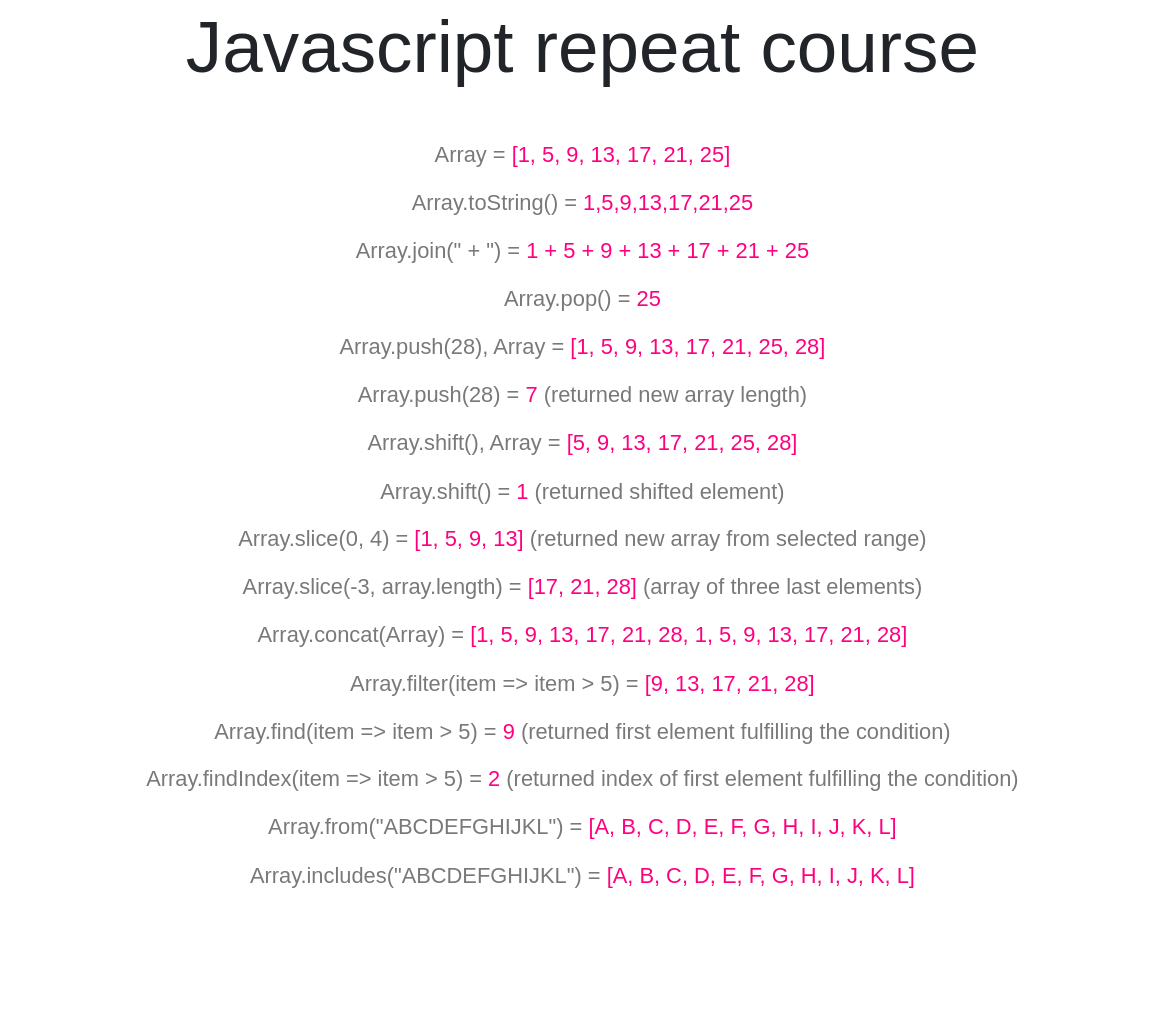
Repository: michalgornicki/javascript
Page: /
The author's editor kept a copy of each file at every save. The page is drawn from the files as they stood at one save, then again after the next save.
The browser window is 1280 px wide. The pictures show the whole page, at 91% of full size.
The project was rebuilt for these pictures with package versions that can differ from the ones it lists, and the page was loaded fresh each time. Also part of the build but not shown: src/index.css.

Above is the page before, as saved 2022-01-31 13:14:48.

### src/App.jsx
import React from "react";
import "./App.css";
import "bootstrap/dist/css/bootstrap.min.css";

function App() {
  const array = [1, 5, 9, 13, 17, 21, 25];

  console.log(array);

  return (
    <div className="text-center">
      <div className="display-1 mt-1 mb-5">Javascript repeat course</div>
      <div className="js-item h4 py-2">
        {" "}
        <span className="">Array = </span>
        <span className="text-pink">[{array.join(", ")}]</span>
      </div>
      <div className="js-item h4 py-2">
        {" "}
        <span className="">Array.toString() =</span> <span className="text-pink">{array.toString()}</span>
      </div>
      <div className="js-item h4 py-2">
        {" "}
        <span className="">Array.join(" + ") =</span> <span className="text-pink">{array.join(" + ")}</span>
      </div>
      <div className="js-item h4 py-2">
        {" "}
        <span className="">Array.pop() =</span> <span className="text-pink">{array.pop()}</span>
      </div>
      <div className="js-item h4 py-2">
        {" "}
        <span className="">Array.push(28), Array =</span> <span className="text-pink">[1, 5, 9, 13, 17, 21, 25, 28]</span>
      </div>
      <div className="js-item h4 py-2">
        {" "}
        <span className="">Array.push(28) =</span> <span className="text-pink"> {array.push(28)}</span> (returned new array length)
      </div>
      <div className="js-item h4 py-2">
        {" "}
        <span className="">Array.shift(), Array =</span> <span className="text-pink"> [5, 9, 13, 17, 21, 25, 28]</span>
      </div>
      <div className="js-item h4 py-2">
        {" "}
        <span className="">Array.shift() =</span> <span className="text-pink">1</span> (returned shifted element)
      </div>
      <div className="js-item h4 py-2">
        {" "}
        <span className="">Array.slice(0, 4) =</span> <span className="text-pink">[{array.slice(0, 4).join(", ")}]</span> (returned new array from selected range)
      </div>
      <div className="js-item h4 py-2">
        {" "}
        <span className="">Array.slice(-3, array.length) =</span> <span className="text-pink">[{array.slice(-3, array.length).join(", ")}]</span> (array of three last elements)
      </div>
      <div className="js-item h4 py-2">
        {" "}
        <span className="">Array.concat(Array) =</span> <span className="text-pink">[{array.concat(array).join(", ")}]</span>
      </div>
      <div className="js-item h4 py-2">
        {" "}
        <span className="">
          Array.filter(item {"=>"} item {">"} 5) =
        </span>{" "}
        <span className="text-pink">[{array.filter((item) => item > 5).join(", ")}]</span>
      </div>
      <div className="js-item h4 py-2">
        {" "}
        <span className="">
          Array.find(item {"=>"} item {">"} 5) =
        </span>
        <span className="text-pink"> {array.find((item) => item > 5)} </span> (returned first element fulfilling the condition)
      </div>
      <div className="js-item h4 py-2">
        {" "}
        <span className="">
          Array.findIndex(item {"=>"} item {">"} 5) =
        </span>
        <span className="text-pink"> {array.findIndex((item) => item > 5)} </span> (returned index of first element fulfilling the condition)
      </div>
      <div className="js-item h4 py-2">
        {" "}
        <span className="">
         Array.from("ABCDEFGHIJKL") =
        </span>
        <span className="text-pink"> [{Array.from("ABCDEFGHIJKL").join(", ")}] </span>
      </div>
      <div className="js-item h4 py-2">
        {" "}
        <span className="">
         Array.includes("ABCDEFGHIJKL") =
        </span>
        <span className="text-pink"> [{Array.from("ABCDEFGHIJKL").join(", ")}] </span>
      </div>


    </div>
  );
}

export default App;

### src/App.css
body{
    font-family: Arial, Helvetica, sans-serif!important;
    overflow-x: hidden;
    padding-bottom: 20vh;
}

.js-item{
    color:rgb(121, 121, 121);
    transition: 0.2s;
}

.js-item:hover{
    cursor: pointer;
}

.text-pink{
    color:rgb(255, 0, 128)!important;
}

Loaded but not shown: public/index.html (common file); src/index.js (common file); src/reportWebVitals.js (common file)

After the next save:
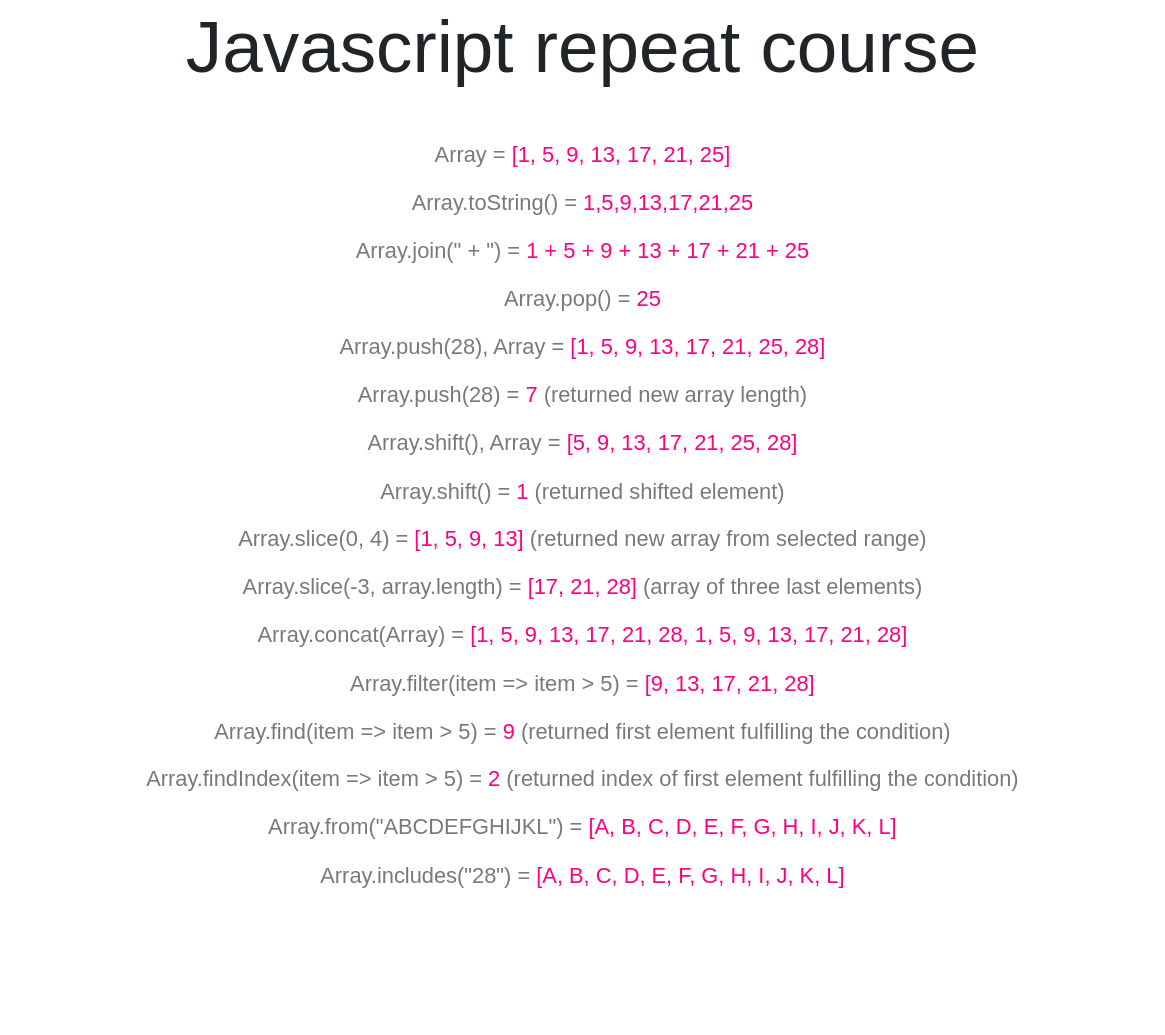
Saved 7 s later.
--- a/src/App.jsx
+++ b/src/App.jsx
@@ -86,7 +86,7 @@ function App() {
       <div className="js-item h4 py-2">
         {" "}
         <span className="">
-         Array.includes("ABCDEFGHIJKL") =
+         Array.includes("28") =
         </span>
         <span className="text-pink"> [{Array.from("ABCDEFGHIJKL").join(", ")}] </span>
       </div>
